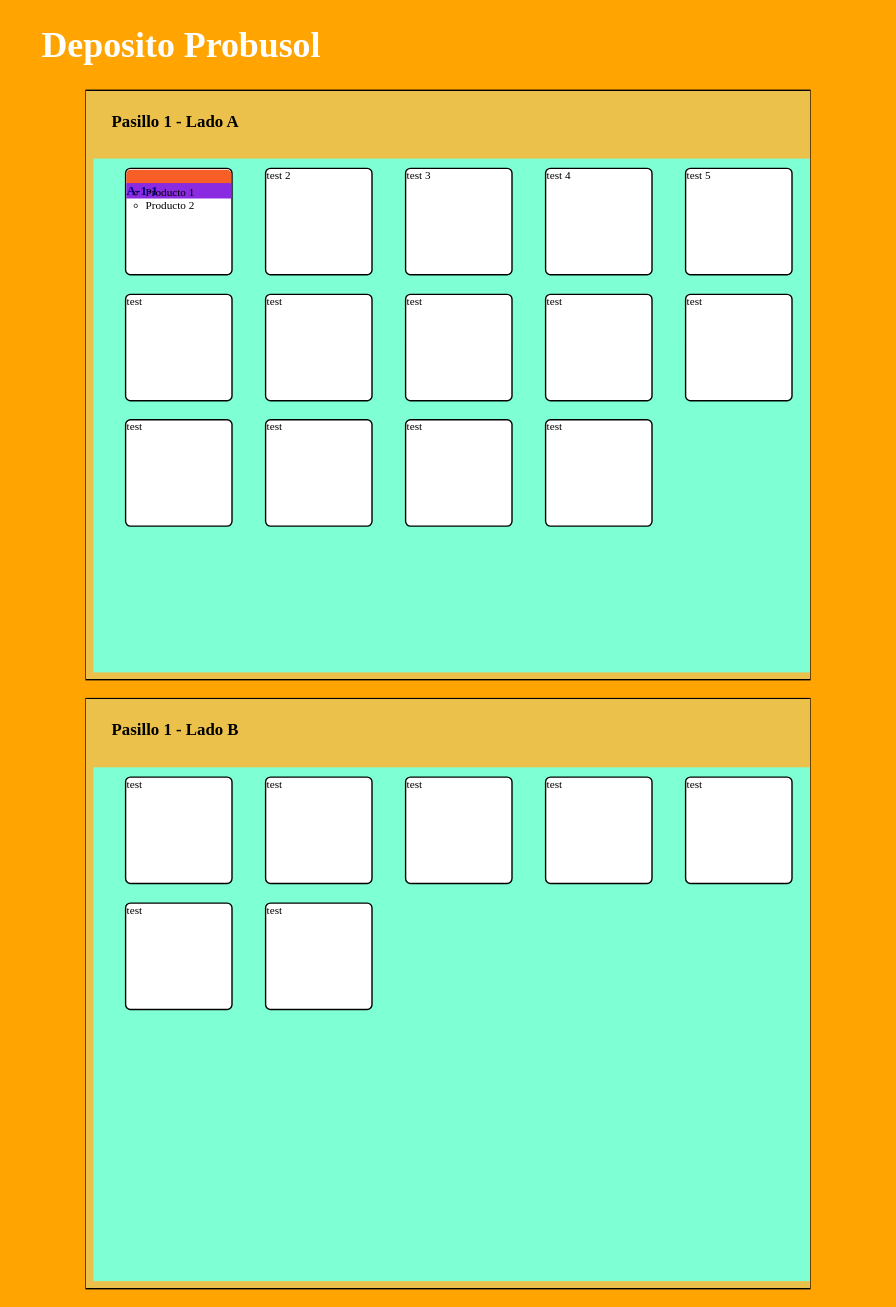
Repository: Franzcod/DepoStock_Web
Page: index.html
An editor plug-in stored every save of this project. The page is shown before and after the next save, followed by the edit.
The browser window is 1280 px wide. The pictures show the whole page, at 70% of full size.

Above is the page before, as saved 2020-06-07 19:29:49.
Console error: ReferenceError: ur is not defined

### index.html
<!DOCTYPE html>
<html lang="en">
<head>
    <meta charset="UTF-8">
    <meta name="viewport" content="width=device-width, initial-scale=1.0">
    <title>Deposito Probusol</title>

    <link rel="stylesheet" href="estilo/estilo.css">
</head>
<body>

    <div class="titulo">
        <h1>Deposito Probusol</h1>
    </div>


    <div class="app">
        <h2>Pasillo 1 - Lado A</h2>

        <ul class="hs">

            <li class="item">
                <div class="tituloPos">
                    <h3 class="pos">A-1-1</h3>
                </div>
                <ul class="listaProduc">
                    <li class="producto"> Producto 1</li>
                    <li class="producto"> Producto 2</li>
                </ul>
            </li>

            <li class="item">test 2</li>
            <li class="item">test 3</li>
            <li class="item">test 4</li>
            <li class="item">test 5</li>
            <li class="item">test 6</li>
            <li class="item">test 7</li>
            <li class="item">test 8</li>
            <li class="item">test 9</li>
            <li class="item">test</li>
            <li class="item">test</li>
            <li class="item">test</li>
            <li class="item">test</li>
            <li class="item">test</li>
            <li class="item">test</li>
            <li class="item">test</li>
            <li class="item">test</li>
            <li class="item">test</li>
            <li class="item">test</li>
            <li class="item">test</li>
            <li class="item">test</li>
            <li class="item">test</li>
            <li class="item">test</li>
            <li class="item">test</li>

        </ul>

        <!-- <div class="container">
            <div class="item">
            <h3>Block for context</h3>
            </div>
        </div> -->
    </div>

    <div class="app">
        <h2>Pasillo 1 - Lado B</h2>

        <ul class="hs">
            <li class="item">test</li>
            <li class="item">test</li>
            <li class="item">test</li>
            <li class="item">test</li>
            <li class="item">test</li>
            <li class="item">test</li>
            <li class="item">test</li>
            <li class="item">test</li>
            <li class="item">test</li>
            <li class="item">test</li>
            <li class="item">test</li>
            <li class="item">test</li>

        </ul>

        <!-- <div class="container">
            <div class="item">
            <h3>Block for context</h3>
            </div>
        </div> -->
    </div>






    <script>ur</script>

</body>







</html>

### estilo/estilo.css
html{
    background-color: rgba(255, 164, 0, 1);
}

.titulo{
    margin: 2vw 4vw;
    align-items: flex-start;
    color: #fff;
    font-size: 2vw;
}


:root {
--gutter: 20px;
}

.app {
    padding: 10px;
    display: grid;
    grid-gap: var(--gutter) 0;
    border: 2px solid black;
    /* grid-template-columns: var(--gutter) 1fr var(--gutter);  */
    align-content: start;
    width: 80%;
    height: 75%;
    background: rgb(235, 192, 75);
    /* overflow-y: scroll; */
    margin: 2vw auto;
    overflow-x: auto;
}


.hs {
    display: grid;
    grid-template-columns: repeat(10, 1fr);
    grid-template-rows: repeat(4, 1fr);
    overflow-x: auto;
    /* scroll-snap-type: x proximity; */
    padding-bottom: calc(.75 * var(--gutter));
    background-color: aquamarine;
    width: 2000px;
    align-items: center;
    margin: auto;
}

h2{
    margin-left: 2vw;
}

.item {
    /* scroll-snap-align: center; */
    /* padding: 2px;  */
    display: flex;
    flex-direction: column;
    justify-content: start;
    align-items: flex-start;
    background: #fff;
    border: 2px solid black;
    border-radius: 8px;
    height: 150px;
    width: 150px;
    margin: 1vw 5px;

}

.tituloPos{
    width: 100%;
    height: 15%;
    border-radius: 6px;
    margin: 1px auto ;
    color: darkblue;
    background: rgb(247, 95, 39);
}
.pos{
    background-color: blueviolet;
}

.listaProduc{
    margin-left: 2px;
    padding-left: 25px;
}

After the next save:
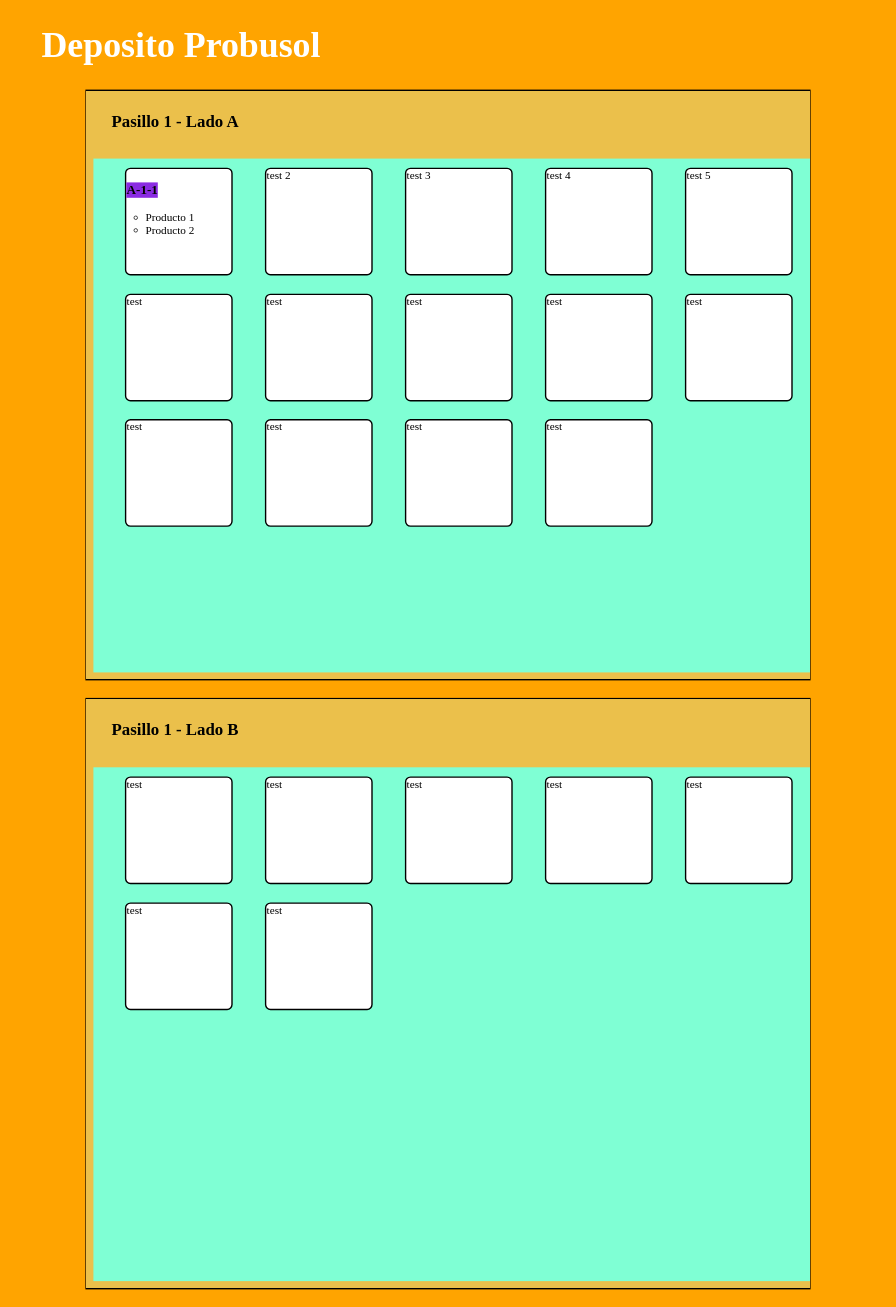
Saved 4 min 51 s later.
--- a/index.html
+++ b/index.html
@@ -20,9 +20,9 @@
         <ul class="hs">
 
             <li class="item">
-                <div class="tituloPos">
-                    <h3 class="pos">A-1-1</h3>
-                </div>
+
+                <h3 class="pos">A-1-1</h3>
+
                 <ul class="listaProduc">
                     <li class="producto"> Producto 1</li>
                     <li class="producto"> Producto 2</li>
